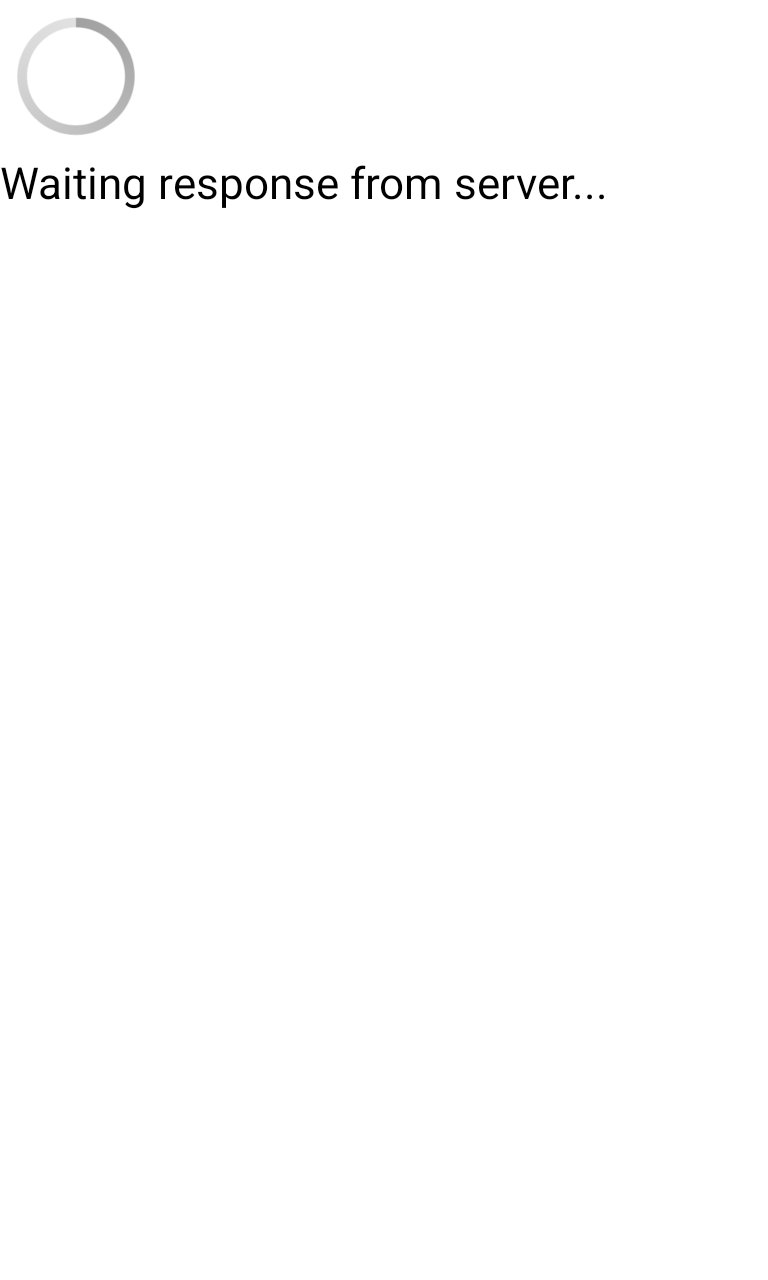
Repository: numaiomul/eclipse_workspace
Layout: CIS/res/layout/loading_screen.xml
These files come from the project's save history. The layout is drawn as it stood at one moment and after the next save; the edit follows.
It is drawn on a 768 x 1280 px phone screen (xhdpi) without system bars, with theme AppTheme; the app's code is not run.

Above is the layout before, as saved 2012-10-27 23:16:49.

### CIS/res/layout/loading_screen.xml
<?xml version="1.0" encoding="utf-8"?>
<LinearLayout xmlns:android="http://schemas.android.com/apk/res/android"
    android:layout_width="match_parent"
    android:layout_height="match_parent"
    android:orientation="vertical" >

    <ProgressBar
        android:id="@+id/progressBar1"
        style="?android:attr/progressBarStyleLarge"
        android:layout_width="wrap_content"
        android:layout_height="wrap_content" />

    <TextView
        android:id="@+id/textView1"
        android:layout_width="wrap_content"
        android:layout_height="wrap_content"
        android:text="@string/loading"
        android:textAppearance="?android:attr/textAppearanceLarge" />

</LinearLayout>

### CIS/res/values/strings.xml
<?xml version="1.0" encoding="UTF-8" standalone="no"?>
<resources>
    <string name="app_name">CIS</string>
    <string name="hello_world">Please scan marker.</string>
    <string name="menu_settings">Settings</string>
    <string name="title_activity_main">CIS</string>
    <string name="button">Scan</string>
    <string name="loading">Waiting response from server...</string>
</resources>

Loaded but not shown: CIS/res/values-v11/styles.xml (common file); CIS/res/values-v14/styles.xml (common file); CIS/res/values/styles.xml (common file)

After the next save:
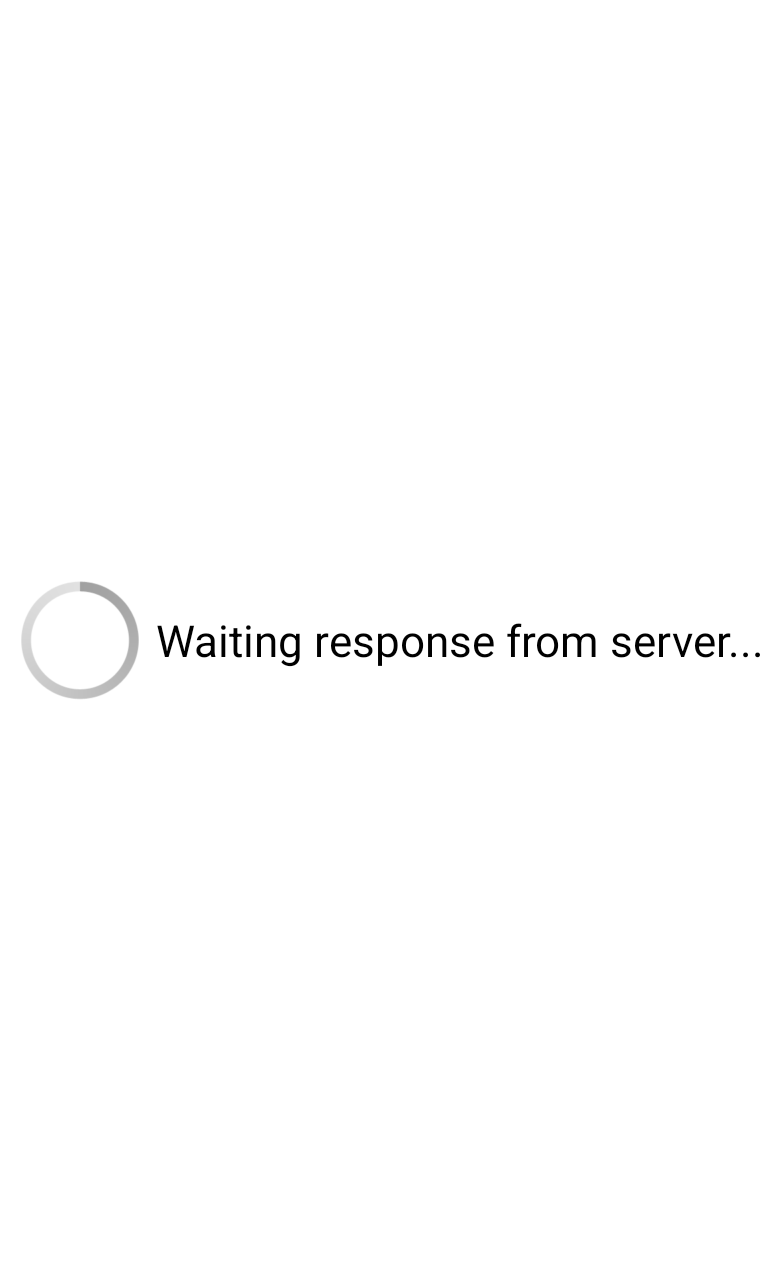
Saved 2 min 56 s later.
--- a/CIS/res/layout/loading_screen.xml
+++ b/CIS/res/layout/loading_screen.xml
@@ -2,7 +2,7 @@
 <LinearLayout xmlns:android="http://schemas.android.com/apk/res/android"
     android:layout_width="match_parent"
     android:layout_height="match_parent"
-    android:orientation="vertical" >
+    android:gravity="center" >
 
     <ProgressBar
         android:id="@+id/progressBar1"
